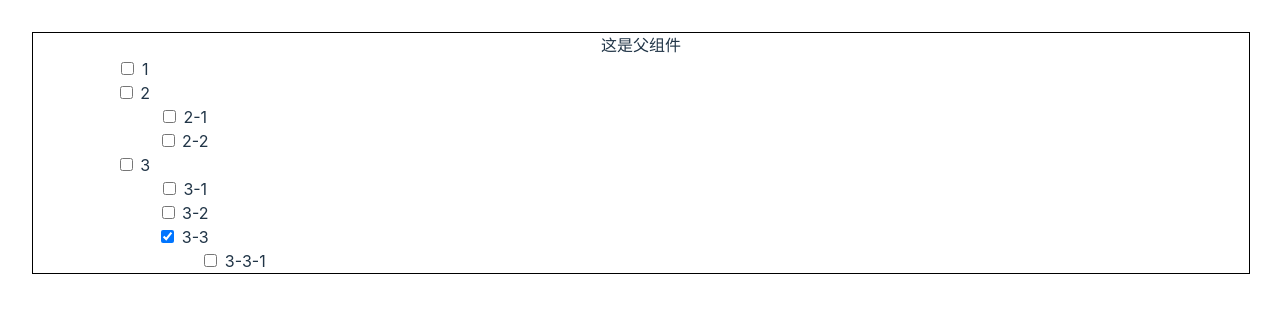
Repository: LeeypOR/management-system
Page: /
The author's editor kept a copy of each file at every save. The page is drawn from the files as they stood at one save, then again after the next save.
The browser window is 1280 px wide. The pictures show the whole page.
The project was rebuilt for these pictures with package versions that can differ from the ones it lists, and the page was loaded fresh each time. Also part of the build but not shown: vite.config.ts.

Above is the page before, as saved 2023-02-22 16:16:59.
Console error: SyntaxError: Cannot use import statement outside a module

After the next save:
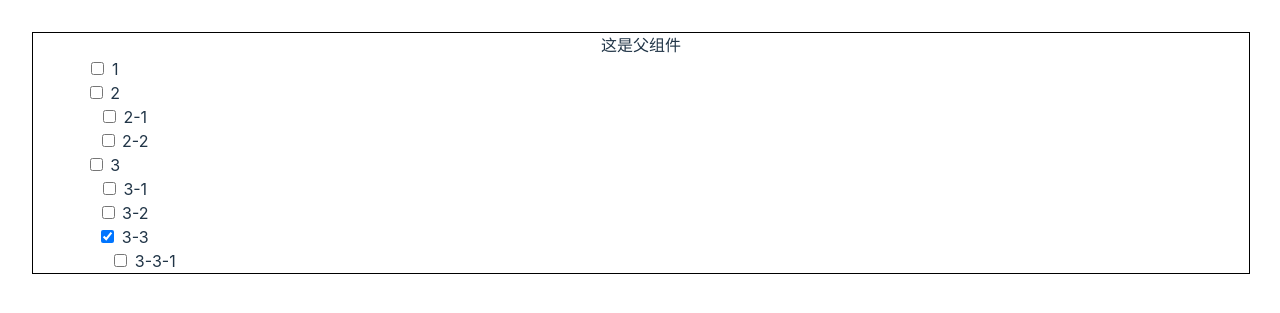
Saved 6 s later.
--- a/src/components/Children1.vue
+++ b/src/components/Children1.vue
@@ -26,6 +26,6 @@ defineProps<{
   .children1{
     width: 100px;
     /* float:right; */
-    margin-left: 50px;
+    margin-left: 20px;
   }
 </style>
